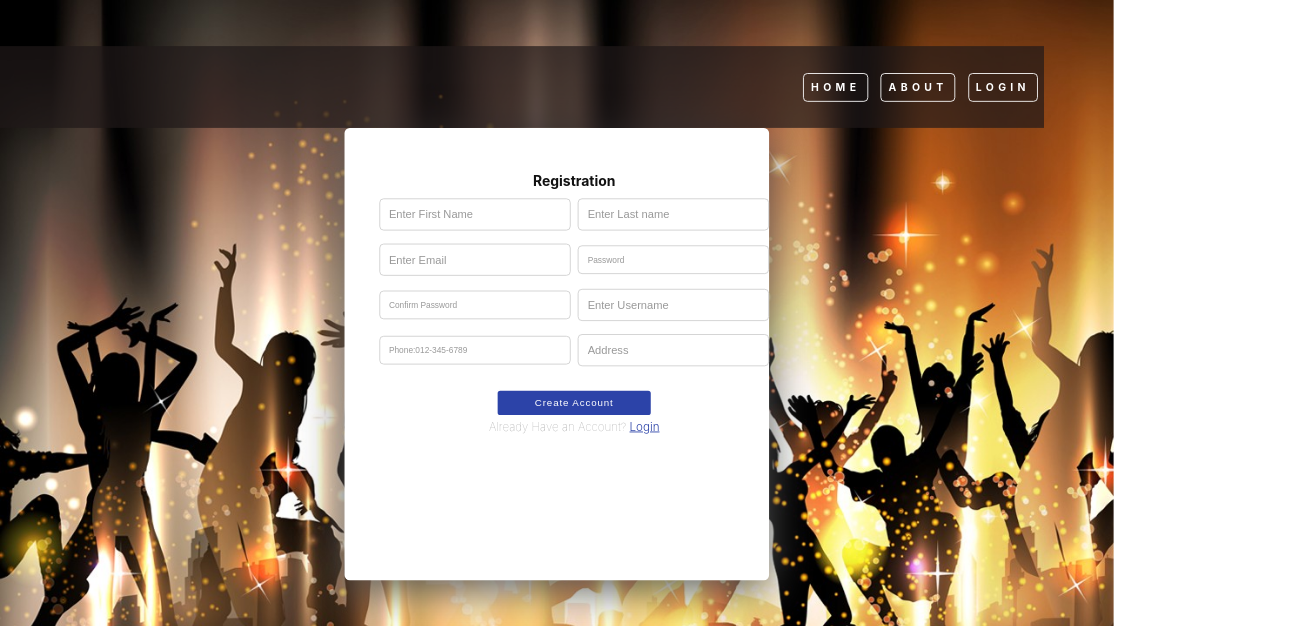
Repository: Fortune-Labs/Event-management-system-CapstoneG3
Page: /register (app in frontend/)
The author's editor kept a copy of each file at every save. The page is drawn from the files as they stood at one save, then again after the next save.
The browser window is 1280 px wide. The page is 1280 px wide, then 1504 px, so the pictures cover 1504 px, including what lies to the right of the window. The pictures show the whole page, at 87% of full size.
The project was rebuilt for these pictures with package versions that can differ from the ones it lists, and the page was loaded fresh each time. Also part of the build but not shown: frontend/src/components/LoginSignup/errorMessages.js, frontend/src/components/LoginSignup/login.jsx, frontend/src/components/LoginSignup/verificationCode.jsx, frontend/src/components/LoginSignup/passwordReset.jsx, frontend/src/components/Home/home.jsx, frontend/src/components/Events/initial.jsx.

Above is the page before, as saved 2020-09-22 15:11:48.

After the next save:
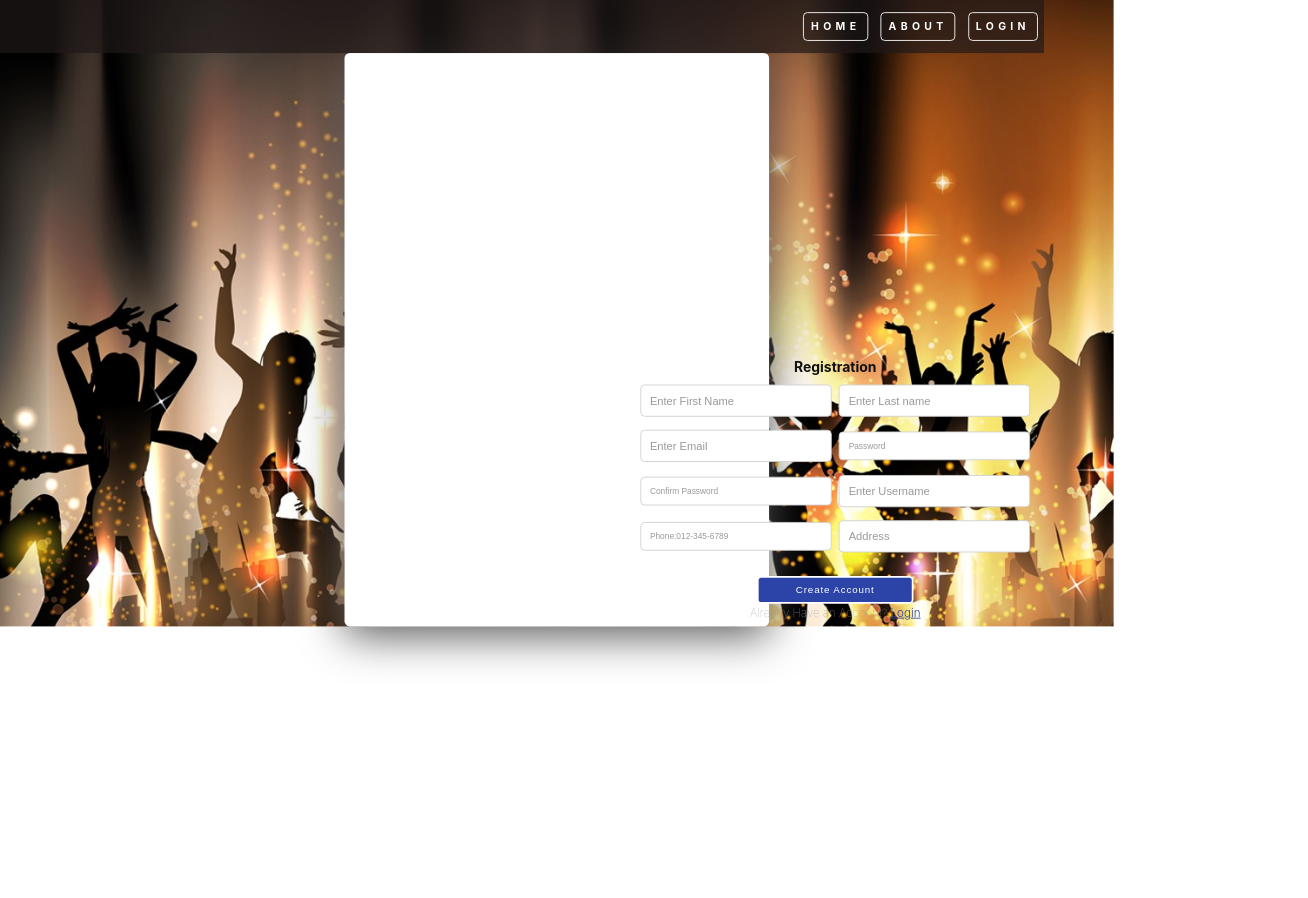
Saved 10 s later.
--- a/frontend/src/components/LoginSignup/style.css
+++ b/frontend/src/components/LoginSignup/style.css
@@ -67,7 +67,7 @@
 }
 
 form {
-  padding: 20px;
+  padding: 20rem;
 }
 
 .register-header {
